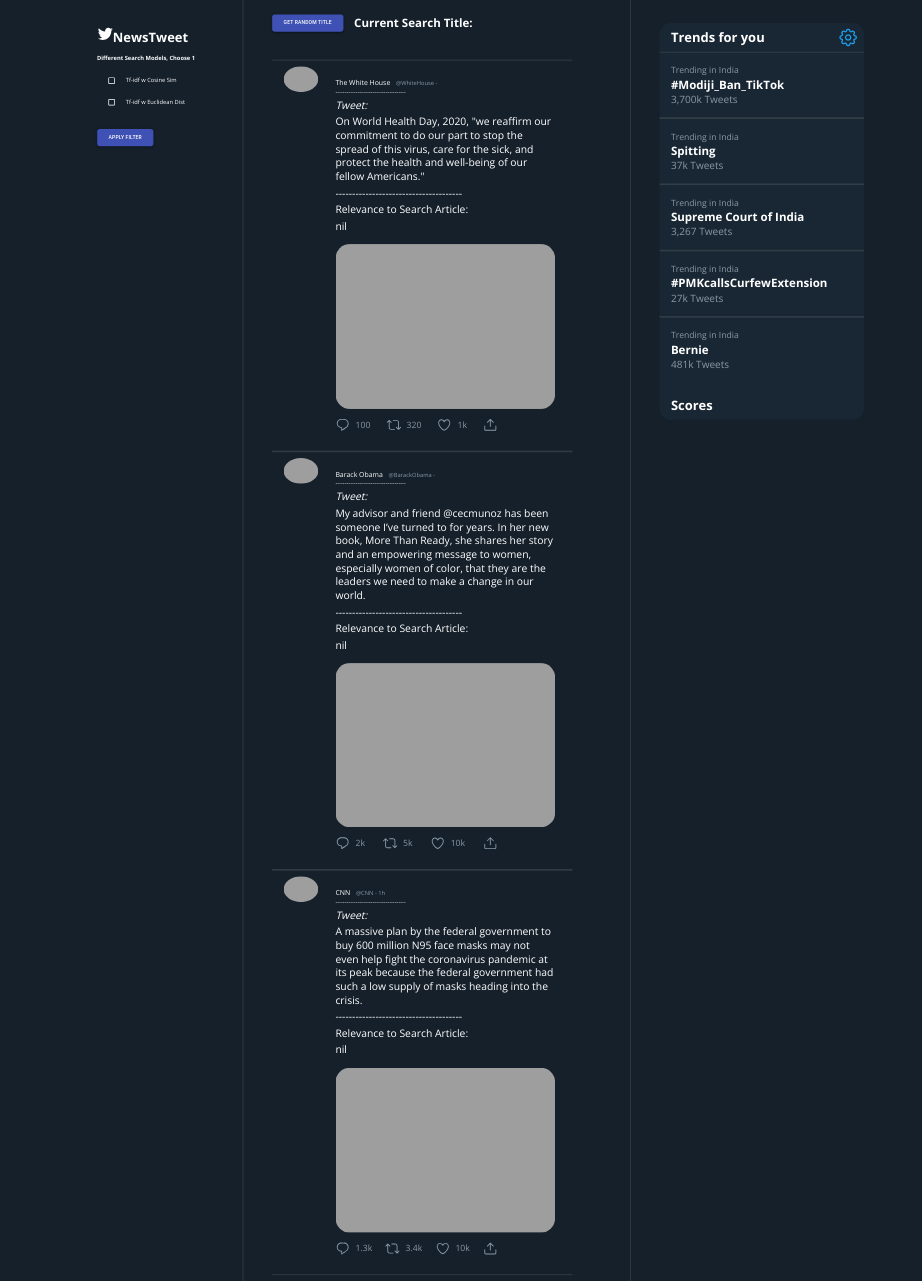
Repository: Dustyik/IR-tweets---disaster-
Page: / (app in Frontend/)
These files come from the project's save history. The page is drawn as it stood at one moment and after the next save; the edit follows.
The browser window is 1280 px wide. The pictures show the whole page, at 72% of full size.
Pictures or frames that could not be fetched are drawn as grey boxes. The page's requests for data from a server got no answer. The project was rebuilt for these pictures with package versions that can differ from the ones it lists, and the page was loaded fresh each time. No one was signed in, and anything a server would have sent is missing. Also part of the build but not shown: Frontend/src/components/trending/FollowSuggestionCard.js, Frontend/src/styles/FollowList.css, Frontend/src/components/trending/FollowSuggestionsList.js, Frontend/src/components/StatusCard.js, Frontend/src/pages/Status.js, Frontend/src/components/profile/ProfileHead.js, Frontend/src/components/profile/ProfileDetails.js, Frontend/src/styles/Profile.css and 1 more.

Above is the page before, as saved 2021-08-03 19:40:26.

### Frontend/public/index.html
<!DOCTYPE html>
<html lang="en">

<head>
  <meta charset="utf-8" />
  <link rel="icon" href="%PUBLIC_URL%/favicon.ico" />
  <meta name="viewport" content="width=device-width, initial-scale=1" />
  <meta name="theme-color" content="#000000" />
  <meta name="description" content="Web site created using create-react-app" />
  <link rel="apple-touch-icon" href="%PUBLIC_URL%/logo192.png" />
  <link href="https://fonts.googleapis.com/css2?family=Open+Sans:wght@400;700&display=swap" rel="stylesheet">
  <!--
      manifest.json provides metadata used when your web app is installed on a
      user's mobile device or desktop. See https://developers.google.com/web/fundamentals/web-app-manifest/
    -->
  <link rel="manifest" href="%PUBLIC_URL%/manifest.json" />
  <!--
      Notice the use of %PUBLIC_URL% in the tags above.
      It will be replaced with the URL of the `public` folder during the build.
      Only files inside the `public` folder can be referenced from the HTML.

      Unlike "/favicon.ico" or "favicon.ico", "%PUBLIC_URL%/favicon.ico" will
      work correctly both with client-side routing and a non-root public URL.
      Learn how to configure a non-root public URL by running `npm run build`.
    -->
  <title>React App</title>
</head>

<body>
  <noscript>You need to enable JavaScript to run this app.</noscript>
  <div id="root"></div>
  <!--
      This HTML file is a template.
      If you open it directly in the browser, you will see an empty page.

      You can add webfonts, meta tags, or analytics to this file.
      The build step will place the bundled scripts into the <body> tag.

      To begin the development, run `npm start` or `yarn start`.
      To create a production bundle, use `npm run build` or `yarn build`.
    -->
</body>

</html>

### Frontend/src/App.js
import React from 'react';
import { BrowserRouter as Router, Route } from 'react-router-dom';
import './App.css';
import { Sidebar } from './components/Sidebar';
import { Home } from './pages/Home';
import { Trending } from './components/trending/Trending';
import { GlobalProvider } from './context/GlobalState';
import { Status } from './pages/Status';
import ScrollToTop from './utils/ScrollToTop';
import { Profile } from './pages/Profile';

function App() {
  return (
    <GlobalProvider >
      <Router >

        <ScrollToTop>
          <div className="App">
            <div className="side-nav">
              <Sidebar />
            </div>
            <div className="main trending">

              <Route exact path="/" component={Home} />
              { /*
              <Route exact path="/:id" component={Profile} />
              <Route exact path="/status/:id" component={Status} />
              */}


            </div>

            <div className="trending">
              <Trending />
            </div>
          </div>
        </ScrollToTop>

      </Router>
    </GlobalProvider>
  );
}

export default App;

### Frontend/src/App.css
:root {
    --body-bg        : rgb(21, 32, 43);
    --sky-blue       : rgba(29, 161, 242, 1.00);
    --light          : rgba(255, 255, 2555);
    --grey           : rgb(136, 153, 166);
    --border         : rgb(56, 68, 77);
    --thick-border   : rgb(37, 51, 65);
    --thick-border   : rgb(37, 51, 65);
    --card-background: rgb(25, 39, 52);
}

body {
    background-color: var(--body-bg);
    font-family     : 'Open Sans', sans-serif;
    padding         : 0;
    margin          : 0;
    color           : var(--light);
}

html {
    font-size: 8px;
}

::-webkit-input-placeholder {
    /* Chrome/Opera/Safari */
    font-size  : 2.5rem;
    color      : #9197a3;
    font-weight: 400;
}

::-moz-placeholder {
    /* Firefox 19+ */
    font-size  : 2.5rem;
    color      : #9197a3;
    font-weight: 400;
}

:-ms-input-placeholder {
    /* IE 10+ */
    font-size  : 2.5rem;
    color      : #9197a3;
    font-weight: 400;
}

:-moz-placeholder {
    /* Firefox 18- */
    font-size  : 2.5rem;
    color      : #9197a3;
    font-weight: 400;
}

.App {
    display              : grid;
    grid-template-columns: 2.5fr 4fr 3fr;
}

.side-nav {
    padding-left: 40%;
    padding-top : 3rem;
}

.side-nav svg {
    fill : var(--light);
    width: 2.75rem;
}

.side-nav svg:hover {
    fill: var(--sky-blue);
}

.side-nav-item {
    padding: 2rem 0;

}

.side-nav .side-nav-item .side-nav-text {
    font-size     : 2.25rem;
    font-weight   : 700;
    color         : var(--light);
    padding-left  : 3rem;
    vertical-align: bottom;
}

.avatar {
    display: inline;
}

.avatar img {
    border-radius: 50%;
}


/* helper classes */
.p-0 {
    padding: 0
}


.pl-0 {
    padding-left: 0
}

.p-1 {
    padding: 1rem;
}

.p-2 {
    padding: 2rem
}

.pr-0 {
    padding-right: 0
}

.pb-1 {
    padding-bottom: 1rem;
}

.m-0 {
    margin: 0
}

.mb-0 {
    margin-bottom: 0;
}

.text-center {
    text-align: center;
}

.w-100 {
    width: 100%;
}

.pl-1 {
    padding-left: 1rem;
}

.pr-1 {
    padding-right: 1rem;
}

ul {
    list-style: none;
}

.flex-align-center {
    display    : flex;
    align-items: center;
}

.flex-space-between {
    display        : flex;
    justify-content: space-between;
}

.inline-block {
    display: inline-block;

}


.btn {
    color      : var(--light);
    font-weight: 700;
    cursor     : pointer;
    border     : none;
    background : transparent;
}

.tweet-btn {
    border-radius   : 4rem;
    font-size       : 2rem;
    padding         : 1.5rem;
    background-color: var(--sky-blue);
    width           : 80%;
}

.follow-btn {
    border-radius: 3rem;
    font-size    : 2rem;
    padding      : 0.5rem;
    font-weight  : 700;
    color        : var(--sky-blue);
    border       : 1px solid var(--sky-blue);
}

.pointer {
    cursor: pointer;
}

.bold-dull-para {
    font-size: 1.75rem;
    color    : var(--grey);
}

a {
    text-decoration: none;
    color          : inherit;
}

h1 {
    font-size  : 2.25rem;
    font-weight: 700;
    color      : var(--light);
}

h2 {
    font-size  : 2rem;
    font-weight: 700;
    color      : var(--light);
}

input:focus {
    outline: none;
}

### Frontend/src/pages/Home.js
import React, { useState, useEffect, useContext } from 'react';
import '../styles/Main.css';
import { TweetList } from '../components/TweetList';
import { SearchIcon } from '../images/svg/svgs'
import * as API from "../apifunctions"
import { Button } from '@material-ui/core';
import { GlobalContext } from '../context/GlobalState'


export const Home = () => {
    const [titlesState, setTitlesState] = useState([])
    const { title, setTitle } = useContext(GlobalContext);


    useEffect(() => {
        API.getTitles().then(
            res => {
                const data = JSON.parse(res.data);
                const titlesData = data.title
                const idData = data.id
                var values = []
                for (let i = 0; i < Object.keys(titlesData).length; i++){
                    values.push({
                        title: titlesData[i],
                        id: idData[i]
                    })
                }
                setTitlesState(values)
            }
        ).catch(
            err => console.log("Error fetching titles", err)
        )
    }, [])

    const randomButtonClick = () => {
        const randomElement = titlesState[Math.floor(Math.random() * titlesState.length)];
        setTitle(randomElement)
    }

    return (
        <>
            <div style = {{display:"flex", flexDirection:"row", alignItems:"center"}}>
            {/*
            <div className="search-box flex-align-center">
                    <SearchIcon />
                    <input placeholder="Search Our Corpus Using Headlines" className="search-input w-100" type="text" />
            </div>
            */}
            <Button
                onClick = {randomButtonClick}
                variant="contained"
                style = {{height:"50%", marginRight:"15px"}}
                color="primary">
                Get Random Title
            </Button>

            <h2 style = {{display:"flex", alignItems:"center", textAlign:"center"}}>
                Current Search Title:
            </h2>

            </div>


            <h2 style = {{display:"flex", justifyContent:"center"}}>
               {title.title}
            </h2>
                {/*
            <NewTweet />
                */}
            <div className="tweets">
                <TweetList />
            </div>
        </>
    )
}

### Frontend/src/components/trending/Trending.js
import React from 'react';
import '../../styles/Trending.css';
import { SearchIcon } from '../../images/svg/svgs'
import { TrendsList } from './TrendsList';
import { FollowSuggestionsList } from './FollowSuggestionsList';


export const Trending = () => {
    return (
        <>
            <div>

                <div className="trends-list m-0">

                    <TrendsList />

                    <h1>
                    Scores
                    </h1>
                </div>
                {/*
                <div className="follow-list">
                    <FollowSuggestionsList />
                </div>
                */}
            </div>
        </>
    )
}

### Frontend/src/utils/ScrollToTop.js
import React, { useEffect, Fragment } from 'react';
import { withRouter } from 'react-router-dom';

function ScrollToTop({ history, children }) {
    useEffect(() => {
        const unlisten = history.listen(() => {
            window.scrollTo(0, 0);
        });
        return () => {
            unlisten();
        }
    }, []);

    return <Fragment>{children}</Fragment>;
}

export default withRouter(ScrollToTop);

### Frontend/src/images/avatars.js
import React from 'react'

export const SmallAvatar = ({ width, image }) => {
    return (
        <div className="avatar">
            <img width={width} src={image} alt="avatar" />
        </div>
    )
}

### Frontend/src/apifunctions.js
import axios from 'axios';

export const getTitles = () => {
    console.log("get Titles called")
    return axios.get("http://localhost:5000/getTitles")
}

export const applySearchFilters = (data, title, id) => {
    return axios.post("http://localhost:5000/applySearchModels", {
            data: data,
            queryTitle: title,
            articleId: id

        }
    )
}

### Frontend/src/styles/Main.css
/* main styles */
.main {
    border-left : 1px solid var(--border);
    border-right: 1px solid var(--border);
    ;
}

.home {
    padding-left : 2.5rem;
    border-bottom: 1px solid var(--border);
}

.new-tweet {
    padding              : 1rem;
    display              : grid;
    grid-template-columns: 1fr 9fr;
    border-bottom        : 1rem solid var(--thick-border);
}

.new-tweet .left,
.right {
    padding: 0 1rem;
}

.new-tweet input {
    padding    : 2rem 0;
    background : transparent;
    border     : none;
    color      : var(--light);
    font-size  : 2rem;
    font-weight: 700;
}

.new-tweet-options {
    padding-right  : 1rem;
    display        : flex;
    justify-content: space-between;
    align-items    : center;
}

.new-tweet .add-icons {
    margin-right: 1rem;
}

.new-tweet .add-icons svg {
    width  : 3rem;
    fill   : var(--sky-blue);
    padding: 1rem;
}

.new-tweet .add-icons svg:first-child {
    padding-left: 0;
}

### Frontend/src/components/TweetList.js
import React, { useContext } from 'react'
import TweetCard from './TweetCard'
import { GlobalContext } from '../context/GlobalState'

export const TweetList = () => {
    const { tweets } = useContext(GlobalContext);

    return (
        <>
            {tweets.map((tweet, index) => (<TweetCard key={index} tweet={tweet} />))}
        </>
    )
}

### Frontend/src/styles/Trending.css
.trending {
    padding: 1rem 10rem 1rem 5rem;
}

.trending .search-box {
    width     : 100%;
    background: transparent;

    background-color: var(--thick-border);
    border-radius   : 5rem;
    border          : none;
}

.trending .search-box svg {
    width       : 3rem;
    fill        : var(--grey);
    padding-left: 1rem;

}

.trending .search-box input {
    padding   : 1.5rem;
    font-size : 2rem;
    width     : 100%;
    background: transparent;
    border    : none;
    color     : var(--light);
}

.trends-list {
    background-color: var(--card-background);
    border-radius   : 2rem;
    margin-top      : 3rem;
}

.trends-list h1 {
    padding: 1rem 2rem;

}

.trends-for-you {
    padding-right: 1rem;
}

.trends-for-you svg {
    width: 3.5rem;
    fill : var(--sky-blue);
}

.trends-card {
    border-top   : 1px solid var(--border);
    border-bottom: 1px solid var(--border);
    padding      : 2rem;
}

.trends :last-child {
    border-bottom: none;
}

.trends-topic {
    font-size: 1.5rem;
    color    : var(--grey);
}

.trend-tweet-count {
    font-size: 1.75rem;
    color    : var(--grey);
}



.trending ::-webkit-input-placeholder {
    /* Chrome/Opera/Safari */
    font-size  : 2rem;
    color      : #9197a3;
    font-weight: 400;
}

.trending ::-moz-placeholder {
    /* Firefox 19+ */
    font-size  : 2rem;
    color      : #9197a3;
    font-weight: 400;
}

.trending :-ms-input-placeholder {
    /* IE 10+ */
    font-size  : 2rem;
    color      : #9197a3;
    font-weight: 400;
}

.trending :-moz-placeholder {
    /* Firefox 18- */
    font-size  : 2rem;
    color      : #9197a3;
    font-weight: 400;
}

### Frontend/src/components/trending/TrendsList.js
import React, {useContext} from 'react';
import { Trend } from '../trending/Trend';
import { SettingsIcon } from '../../images/svg/svgs';

import { GlobalContext } from '../../context/GlobalState'


export const TrendsList = () => {

    const {rankingModel} = useContext(GlobalContext);


    const trends = [
        {
            name: '#Modiji_Ban_TikTok',
            topic: 'Trending in India',
            tweets: '3,700k'
        },
        {
            name: 'Spitting',
            topic: 'Trending in India',
            tweets: '37k'
        }, {
            name: 'Supreme Court of India',
            topic: 'Trending in India',
            tweets: '3,267'
        },
        {
            name: '#PMKcallsCurfewExtension',
            topic: 'Trending in India',
            tweets: '27k'
        }, {
            name: 'Bernie',
            topic: 'Trending in India',
            tweets: '481k'
        }
    ]
    return (
        <div>
            <div className="trends-for-you flex-space-between">
                <h1 className="m-0">Trends for you</h1>
                <SettingsIcon />
            </div>
            <div>
                {rankingModel}
                {console.log("scores", rankingModel)}
            </div>
            <div className="trends">
                {trends.map(trend => (<Trend trend={trend} />))}
            </div>
        </div>
    )
}

### Frontend/src/context/AppReducer.js
const MAX = 30
const MIN = 0

export default (state, action) => {
    switch (action.type) {

        case "ADD_RANKING_SCORE":
            return {
                ...state,
                rankingModel: [...state.rankingModel, action.payload]
            }


        case 'DELETE_TRANSACTION':
            return {
                ...state,
                transactions: state.transactions.filter(transaction => transaction.id !== action.payload)
            }
        case 'ADD_TWEET':
            const newTweet = {
                user: {
                    name: action.payload.name,
                    image: action.payload.image,
                    handle: `@${action.payload.name}`,
                },
                tweet: {
                    content: action.payload.tweet,
                    image: null,
                    comments: Math.floor(Math.random()*(MAX-MIN)+MIN),
                    retweets: Math.floor(Math.random()*(MAX-MIN)+MIN),
                    likes: Math.floor(Math.random()*(MAX-MIN)+MIN),
                    relevance: action.payload.relevance
                }
            };
            return {
                ...state,
                tweets: [...state.tweets, newTweet]
            }

        case "SET_TITLE":
            return {
            ...state,
            title: action.payload
        }

        case "SET_SEARCH_MODEL":
            return {
            ...state,
            searchModels: action.payload
        }

        case "REMOVE_ALL_TWEETS":
            return {
            ...state,
            tweets: []
        }


        default:
            return state
    }
}

### Frontend/src/components/trending/Trend.js
import React from 'react'

export const Trend = ({ trend }) => {
    return (
        <div className="trends-card">
            <p className="trends-topic m-0">{trend.topic}</p>
            <h2 className="m-0">{trend.name}</h2>
            <p className="trend-tweet-count m-0">{trend.tweets} Tweets</p>
        </div>
    )
}

### Frontend/src/styles/StatusCard.css
.tweets {}

.status-card {
    /* padding              : 1rem;
    display                 : grid;
    grid-template-columns   : 1fr 9fr; */
    border-bottom           : 0.5px solid var(--border);
    border-top              : 0.5px solid var(--border);

}

.status-card .left,
.right {
    padding: 2rem;
}

.status-card .left {
    display    : flex;
    align-items: center;

}

.status-card .right {
    padding-top: 0;
}

.status-card .status-card-name {
    font-size    : 2rem;
    font-weight  : 700;
    padding-right: 1rem;
}

.status-card .status-card-handle,
.status-card-time {
    font-size: 1.5rem;
    color    : var(--grey);
}

.status-card .status-card-body .status-card-content p {
    font-size : 2.5rem;
    margin-top: .5rem;
}

.status-card .status-card-body .status-card-image {
    margin-top: 2rem;
}

.status-card .status-card-body .status-card-image img {
    width        : 100%;
    border-radius: 20px;
}

.status-card .status-card-footer {
    padding-right: 10rem;
    display      : flex;

    justify-content: space-around;
    padding-top    : 1rem;
    width          : 100%;
}

.status-card .status-card-footer svg {
    fill : var(--grey);
    width: 2.5rem;
}

.status-card .status-card-footer .tweet-cars-icon {
    line-height : 2;
    font-size   : 1.5rem;
    color       : var(--grey);
    padding-left: 1rem;
}

.status {
    display    : flex;
    align-items: center;
    padding    : 0 2rem;
    display    : flex;
    align-items: center;
}

.status h1 {
    display     : inline-block;
    padding-left: 1rem;
}

.status svg {
    width: 4rem;
    fill : var(--sky-blue);
}

### Frontend/src/styles/TweetCard.css
.tweets {}

.tweet-card {
    padding              : 1rem;
    display              : grid;
    grid-template-columns: 1fr 9fr;
    border-bottom        : 0.5px solid var(--border);
    border-top           : 0.5px solid var(--border);

}

.tweet-card .left,
.right {
    padding: 0 1rem;
}

.tweet-card .tweet-card-head .tweet-card-name {
    font-size    : 1.2rem;
    font-weight  : 300;
    padding-right: 1rem;
}

.tweet-card .tweet-card-head .tweet-card-name:hover {
    text-decoration: underline;
}

.tweet-card .tweet-card-head .tweet-card-handle,
.tweet-card-time {
    font-size: rem;
    color    : var(--grey);
}

.tweet-card .tweet-card-body .tweet-card-content p {
    font-size : 1.8rem;
    margin-top: .5rem;
}

.tweet-card .tweet-card-body .tweet-card-image {
    margin-top: 2rem;
}

.tweet-card .tweet-card-body .tweet-card-image img {
    width        : 100%;
    border-radius: 20px;
}

.tweet-card .tweet-card-footer {
    padding-right  : 10rem;
    display        : flex;
    justify-content: space-between;
    padding-top    : 1rem;
}

.tweet-card .tweet-card-footer svg {
    fill : var(--grey);
    width: 2.5rem;
}

.tweet-card .tweet-card-footer .tweet-cars-icon {
    line-height : 2;
    font-size   : 1.5REM;
    color       : var(--grey);
    padding-left: 1rem;
}

Loaded but not shown: Frontend/src/index.js (common file); Frontend/src/images/svg/svgs.js (66 lines, source omitted); Frontend/src/context/GlobalState.js (124 lines, source omitted); Frontend/src/components/TweetCard.js (67 lines, source omitted); Frontend/src/components/Sidebar.js (113 lines, source omitted)

After the next save:
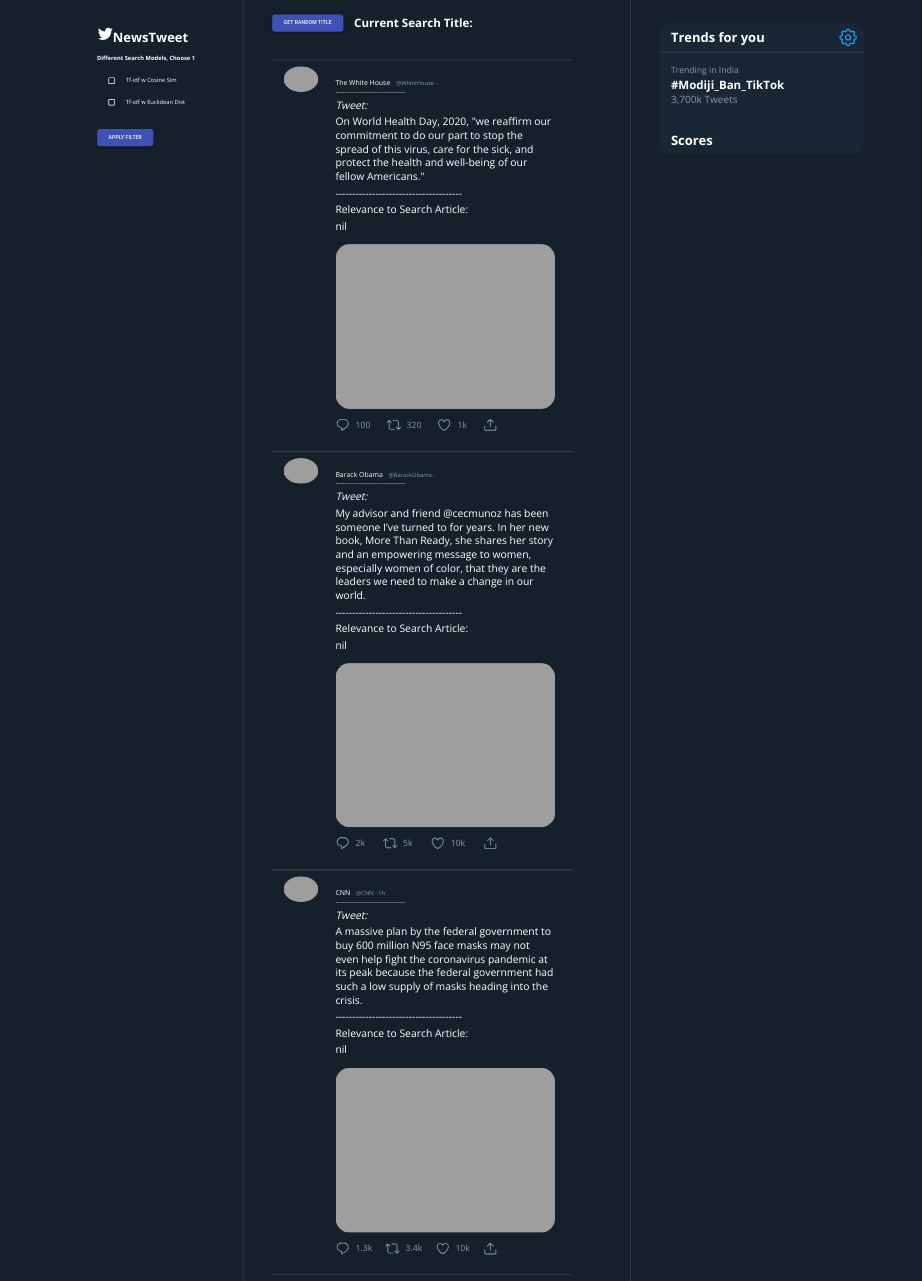
Saved 24 h 11 min later.
--- a/Frontend/src/components/trending/TrendsList.js
+++ b/Frontend/src/components/trending/TrendsList.js
@@ -15,24 +15,6 @@
             name: '#Modiji_Ban_TikTok',
             topic: 'Trending in India',
             tweets: '3,700k'
-        },
-        {
-            name: 'Spitting',
-            topic: 'Trending in India',
-            tweets: '37k'
-        }, {
-            name: 'Supreme Court of India',
-            topic: 'Trending in India',
-            tweets: '3,267'
-        },
-        {
-            name: '#PMKcallsCurfewExtension',
-            topic: 'Trending in India',
-            tweets: '27k'
-        }, {
-            name: 'Bernie',
-            topic: 'Trending in India',
-            tweets: '481k'
         }
     ]
     return (
